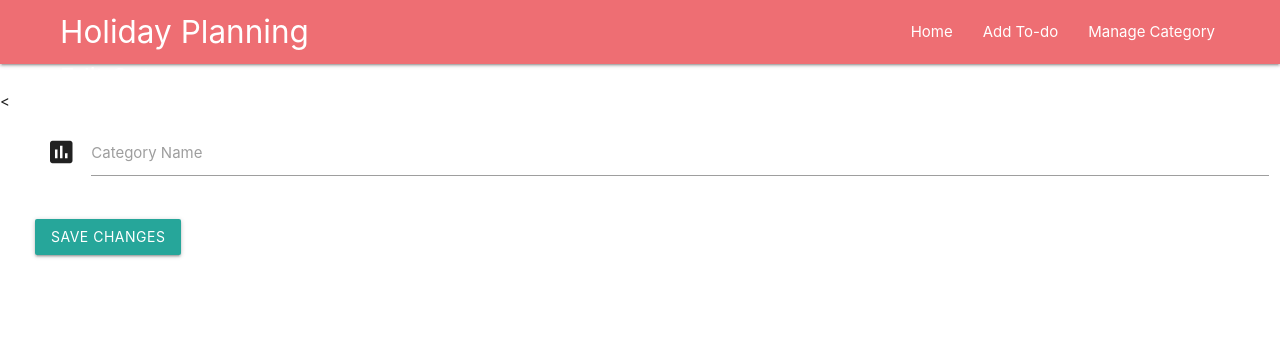
Repository: Code-Institute-Submissions/Project3-Holiday_Planning
Page: templates/editCategory.html
The author's editor kept a record of every edit. The page is drawn from the files as they stood at one moment, then again after the next edit.
The browser window is 1280 px wide. The pictures show the whole page.
The page is served by the project's application, run on Flask 3 (app.py). The template is opened directly, without the code that normally fills it, so the values that code supplies are empty.

Above is the page before.

After the next edit:
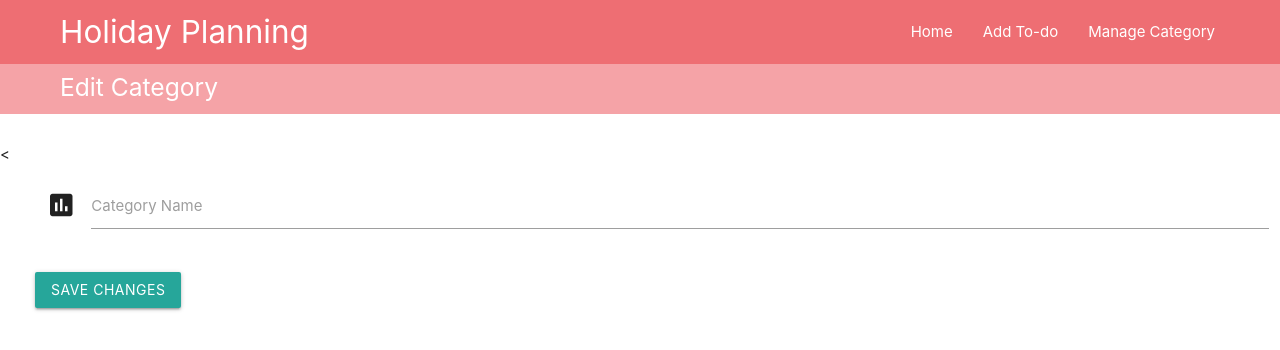
The edit:
--- a/templates/editCategory.html
+++ b/templates/editCategory.html
@@ -1,7 +1,7 @@
 {% extends 'layout.html'%} {% block content %}
 
 
-<div class='col'>
+<div class='edit_category'>
     <h5>Edit Category</h5>
 </div>
       <
